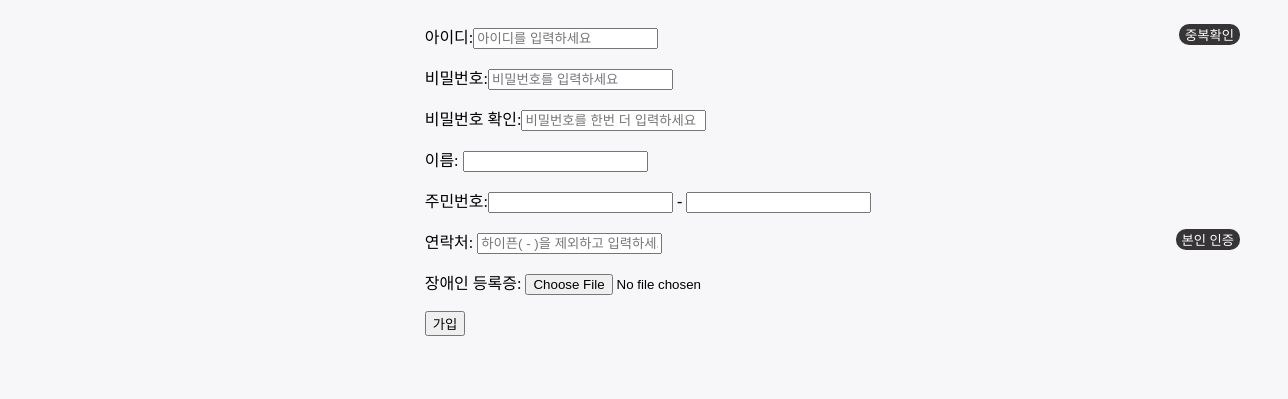
Repository: PEPI-dev/UI
Page: regist/regist.html
An editor plug-in stored every save of this project. The page is shown before and after the next save, followed by the edit.
The browser window is 1280 px wide. The page is 1288 px wide, so the pictures cover 1288 px, including what lies to the right of the window. The pictures show the whole page.
Some web fonts or font styles are not loaded; a fallback is used.

Above is the page before, as saved 2023-12-05 16:08:30.

### regist/regist.html
<!DOCTYPE html>
<html lang="en">
<head>
    <meta charset="UTF-8">
    <meta name="viewport" content="width=device-width, initial-scale=1.0">
    <title>회원가입</title>
    <link rel="stylesheet" href="./regist.css">
    <link rel ="stylesheet" type="text/css" href="../a_XEIcon-2.2.0/xeicon.min.css">
</head>
<body>



    <form class="form_class" action="#">
        <input type="hidden" id="isUserid" value="n">    <!--아이디 중복 확인-->
        <input type="hidden" id="check" value="n">        <!--본인인증 확인-->

        <div class="container">
            <!-- placeholder, maxlength 추가, id 수정 -->
            <p class="display">
                <!-- onclick 추가 -->
                <label for="userid" class="txt_input">아이디:</label><input class="search" id="userid" placeholder="아이디를 입력하세요" maxlength="15"><button class="btn_inside"
                   onclick="useridCheck()" id="id_check">중복확인</button>
            </p>
            <p>
                <label for="userpw" class="txt_input">비밀번호:</label><input class="search" id="userpw"
                    type="password" placeholder="비밀번호를 입력하세요" maxlength="15">
            </p>
            <p>
                <label for="check_password" class="txt_input">비밀번호 확인:</label><input class="search" id="userpw_re"
                    type="password" placeholder="비밀번호를 한번 더 입력하세요" maxlength="15">
            </p>

            <p><label for="name" class="txt_input">이름: </label><input class="search" id="name" type="text" maxlength="20"></input></p>

            <!-- 주민번호 앞, 뒷자리 나눔 -->
            <p><label for="ssn" class="txt_input">주민번호:</label><input class="search" id="ssn1" type="text" maxlength="6"></input> - <input class="search" id="ssn2" type="password" maxlength="7"></input></p>

            <!-- 버튼 type=button으로 추가, onclick 추가 -->
            <p class="display"><label for="hp" class="txt_input">연락처:</label>
                <input class="search" id="hp" type="text" placeholder="하이픈( - )을 제외하고 입력하세요" maxlength="11"><button type="button" class="btn_inside"
                    id="phone_check" onclick="openPopup()">본인 인증</button></input>
            </p>

            <!-- 첨부 버튼 삭제 -->
            <p class="display"><label for="fileInput" class="txt_input">장애인 등록증:</label>
                <input class="search" id="fileInput" type="file" placeholder="사진 또는 파일을 첨부하세요"></input>
            </p>

            <!-- type 추가, id 변경 -->
            <button type="button" id="signUp" class="button purple">가입</button>
        </div>
    </form>
    <footer></footer>

</body>
</html>

### regist/regist.css
@font-face {
    font-family: 'main_font';
    src: url(../a_font/NotoSansKR-VariableFont_wght.ttf);
    font-weight: 500;
}

@font-face {
    font-family: 'sub_font';
    src: url(../a_font/SEBANG/SEBANG\ Gothic.ttf);
}



body {
    width: 100%;
    background-color: #F7F7F9;
    display: flex;
    flex-direction: column;
    align-items: center;
}

/* 뒤로가기 버튼 */
.xi-angle-left {
    color: #6658B1;
}

#txt_login {
    font-family: 'main_font';
}

#div_back {
    display: flex;
    align-items: center;
    margin-bottom: 10px;
}

#back {
    border: none;
    background: none;
    cursor: pointer;
    margin-right: 10px;
}

.field {
    width: 280px;
    height: 40px;
    border-radius: 10px;
    box-shadow: 3px 3px 5px rgba(0, 0, 0, 0.12);
    background-color: #F7F7F9;
    border-width: 0;
    outline: none;
    border: none;
    border-top: 0.2px solid rgba(0, 0, 0, 0.1);
    border-left: 0.5px solid rgba(0, 0, 0, 0.2);
    border-bottom: 0.5px solid rgba(0, 0, 0, 0.2);
    position: relative;
}

.txt_input{
    font-family: 'main_font';
}

#join {
    background-color: #6658B1;
    color: white;
    border: 1px solid #E1E1E1;
    font-family: 'main_font';
    font-size: 20px;
    font-weight: 500;
    border-radius: 17px;
    border: 0px;
    width: 277px;
    height: 50px;
}

.btn_inside{
    background-color: #363434;
    color: white;
    border: 1px solid #E1E1E1;
    font-family: 'main_font';
    font-weight: 500;
    border-radius: 10px;
    border: 0px;
    position: absolute;
    right: 40px;

}



@media screen and (max-width: 360px) {

    /* 뒤로가기 */
    #div_back {
        padding: 1px;
        margin-top: 35px;
        margin-right: 200px;
    }

    .input_form{

        margin-top: 5px;
    }

    .form1 {
        display: flex;
        align-items: center;
    }

    .field {
        margin-right: 5px; /* 각 입력란 사이의 간격 조절 */

    }

    .name_input {
        flex-direction: row;
        align-items: center;
    }

    #join{
        width: 260px;
        height: 50px;
        margin-left: 50px;
    }

    #space{
        margin-bottom: 50px;
    }

}

Loaded but not shown: a_XEIcon-2.2.0/xeicon.min.css (library)

After the next save:
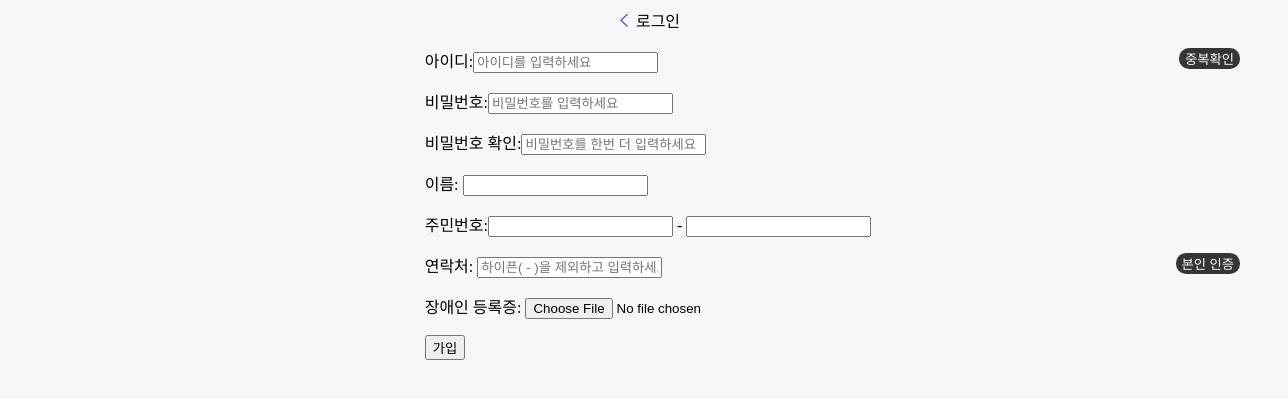
Saved 6 s later.
--- a/regist/regist.html
+++ b/regist/regist.html
@@ -9,7 +9,10 @@
 </head>
 <body>
 
-
+    <header>
+        <i class="xi-angle-left"></i>
+        <span class="title">로그인</span>
+    </header>
 
     <form class="form_class" action="#">
         <input type="hidden" id="isUserid" value="n">    <!--아이디 중복 확인-->
